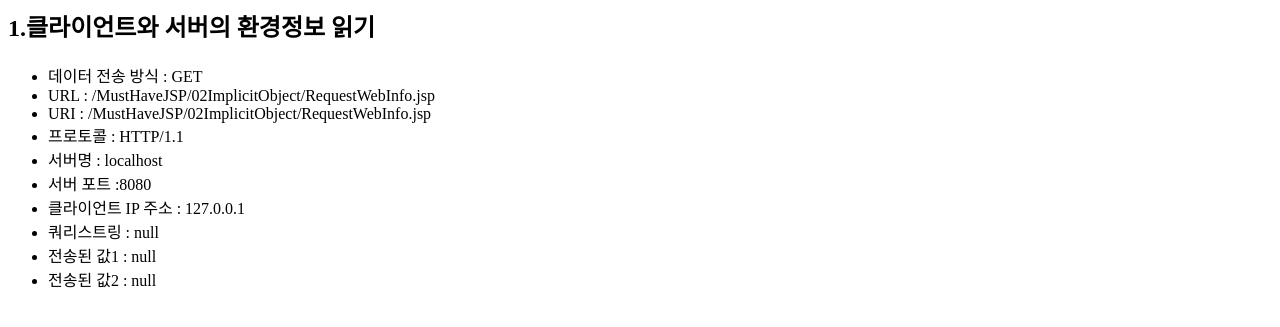
Repository: DANU011/Servlet-JSP
Page: http://localhost/MustHaveJSP/02ImplicitObject/RequestWebInfo.jsp
An editor plug-in stored every save of this project. The page is shown before and after the next save, followed by the edit.
The browser window is 1280 px wide. The pictures show the whole page.
The page is served by Tomcat 9. Other server files are loaded and not shown.

Above is the page before, as saved 2023-02-21 08:11:32.

### MustHaveJSP/src/main/webapp/02ImplicitObject/RequestWebInfo.jsp
<%@ page language="java" contentType="text/html; charset=UTF-8"
    pageEncoding="UTF-8"%>
<html>
<head>
<meta charset="UTF-8">
<title>내장 객체 - request</title>
</head>
<body>
<h2>1.클라이언트와 서버의 환경정보 읽기</h2>
<ul>
<li>데이터 전송 방식 : <%= request.getMethod() %></li>
<li>URL : <%= request.getRequestURI() %></li>
<li>URI : <%= request.getRequestURI() %></li>
<li>프로토콜 : <%= request.getProtocol() %></li>
<li>서버명 : <%= request.getServerName() %></li>
<li>서버 포트 :<%=  request.getServerPort() %></li>
<li>클라이언트 IP 주소 : <%= request.getRemoteAddr() %></li>
<li>쿼리스트링 : <%= request.getQueryString() %></li>
<li>전송된 값1 : <%= request.getParameter("eng") %></li>
<li>전송된 값2 : <%= request.getParameter("han") %></li>
</ul>
</body>
</html>

After the next save:
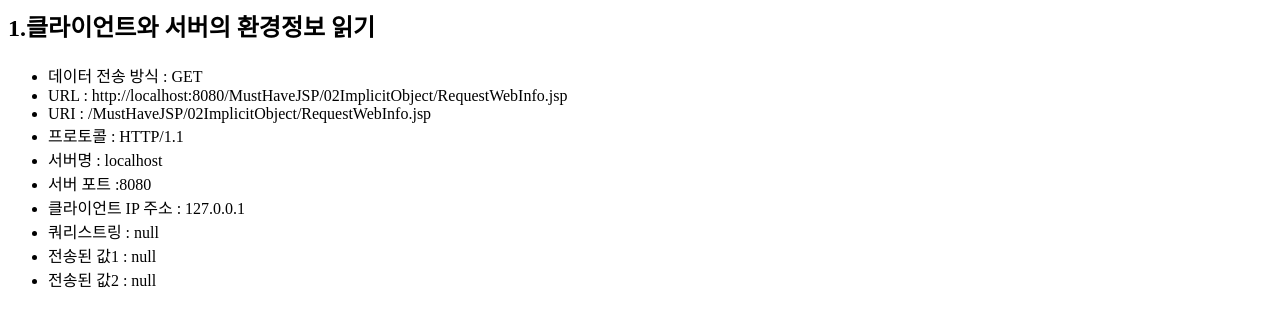
Saved 43 s later.
--- a/MustHaveJSP/src/main/webapp/02ImplicitObject/RequestWebInfo.jsp
+++ b/MustHaveJSP/src/main/webapp/02ImplicitObject/RequestWebInfo.jsp
@@ -9,7 +9,7 @@
 <h2>1.클라이언트와 서버의 환경정보 읽기</h2>
 <ul>
 <li>데이터 전송 방식 : <%= request.getMethod() %></li>
-<li>URL : <%= request.getRequestURI() %></li>
+<li>URL : <%= request.getRequestURL() %></li>
 <li>URI : <%= request.getRequestURI() %></li>
 <li>프로토콜 : <%= request.getProtocol() %></li>
 <li>서버명 : <%= request.getServerName() %></li>
